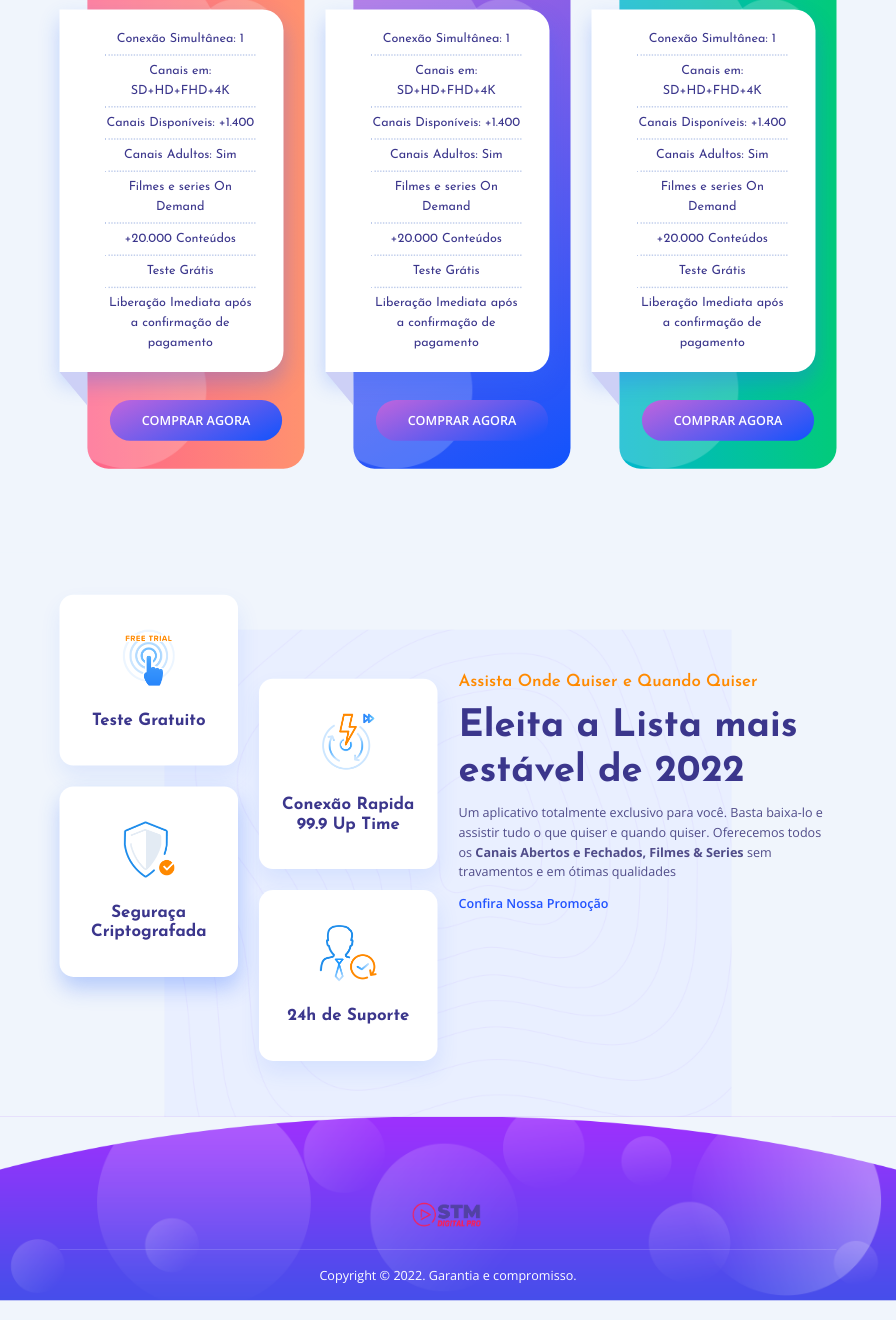
Repository: ontvplay/on
Page: stmdigitalpro.com/index11f1.html
These files come from the project's save history. The page is drawn as it stood at one moment and after the next save; the edit follows.
The browser window is 1280 px wide. The pictures show the part of the page from y = 1242 to 3162 px (the page is 3127 px tall before and 3162 px after), at 70% of full size.

Above is the page before, as saved 2022-10-31 17:30:55.
Console error: SyntaxError: Unexpected token '<'

### stmdigitalpro.com/index11f1.html
<!DOCTYPE html>
<html lang="pt-br">


<!-- Mirrored from stmdigitalpro.com/?gclid=CjwKCAjw5P2aBhAlEiwAAdY7dHFg6Q8GZTSVRuTQUSZjMLkOY-f0EL3_BmVK-qXmUvH7JYLV-5xFkBoC-UgQAvD_BwE by HTTrack Website Copier/3.x [XR&CO'2014], Mon, 31 Oct 2022 20:46:56 GMT -->
<head>
    <meta charset="UTF-8">
    <meta name="viewport" content="width=device-width, initial-scale=1.0">
    <meta http-equiv="X-UA-Compatible" content="ie=edge">

    <title>Os Melhores Canais Online</title>

    <link rel="stylesheet" href="assets/css/bootstrap.min.css">
    <link rel="stylesheet" href="assets/css/all.min.css">
    <link rel="stylesheet" href="assets/css/animate.css">
    <link rel="stylesheet" href="assets/css/nice-select.css">
    <link rel="stylesheet" href="assets/css/owl.min.css">
    <link rel="stylesheet" href="assets/css/jquery-ui.min.css">
    <link rel="stylesheet" href="assets/css/magnific-popup.css">
    <link rel="stylesheet" href="assets/css/flaticon.css">
    <link rel="stylesheet" href="assets/css/main.css">

    <link rel="shortcut icon" href="assets/images/favicon.png" type="image/x-icon">

    <!-- Global site tag (gtag.js) - Google Analytics -->
<script async src="https://www.googletagmanager.com/gtag/js?id=G-V7D9X19Y8C"></script>
<script>
  window.dataLayer = window.dataLayer || [];
  function gtag(){dataLayer.push(arguments);}
  gtag('js', new Date());

  gtag('config', 'G-V7D9X19Y8C');
</script>
<!-- Google Tag Manager -->
<script>(function(w,d,s,l,i){w[l]=w[l]||[];w[l].push({'gtm.start':
new Date().getTime(),event:'gtm.js'});var f=d.getElementsByTagName(s)[0],
j=d.createElement(s),dl=l!='dataLayer'?'&l='+l:'';j.async=true;j.src=
'../www.googletagmanager.com/gtm5445.html?id='+i+dl;f.parentNode.insertBefore(j,f);
})(window,document,'script','dataLayer','GTM-MDL67VZ');</script>
<!-- End Google Tag Manager -->
</head>

<body>
    <!-- Google Tag Manager (noscript) -->
<noscript><iframe src="https://www.googletagmanager.com/ns.html?id=GTM-MDL67VZ"
height="0" width="0" style="display:none;visibility:hidden"></iframe></noscript>
<!-- End Google Tag Manager (noscript) -->
    <!--============= Header Section Starts Here =============-->
    <header class="header-section header-cl-black">
        <div class="container">
            <div class="header-wrapper">
                <div class="logo">
                    <a href="#home">
                        <img class="imglogo"src="assets/images/logo/banner57.jpg" alt="logo">
                    </a>
                </div>
                <ul class="menu">
                    <li>
                        <a href="#home">Inicio</a>
                    </li>
                    <li>
                        <a href="https://api.whatsapp.com/send?phone=5595991384605&amp;text=Ola!" target="_blank">WhatsApp</a>
                    </li>
                    <li>
                        <a href="https://api.whatsapp.com/send?phone=5595991384605&amp;text=Ola!" target="_blank">Suporte</a>
                    </li>
                    <li>
                        <a href="#Planos">Planos</a>
                    </li>
                    <li>
                        <a href="#home">Promoção</a>
                    </li>
                </ul>
                <div class="header-bar d-lg-none">
                    <span></span>
                    <span></span>
                    <span></span>
                </div>
            </div>
        </div>
    </header>
    <!--============= Header Section Ends Here =============-->


   <!--============= Banner Section Starts Here =============-->
    <section class="banner-20 pos-rel oh bg_img" data-background="./assets/images/extra-2/banner/banner-bg-20.jpg" id="home" id="planospromocionais">
        <div class="container">
            <div class="row flex-wrap-reverse align-items-center justify-content-lg-between">
                <div class="col-lg-6">
                    <div class="banner-thumb-20 rtl text-left">
                        <img src="assets/images/extra-2/banner/banner-20.png" alt="extra-2/banner">
                        <a href="https://wa.me/5595991384605?text=Gostaria%20de%20Assinar%20a%20Promo%c3%a7%c3%a3o%20do%20Rei!" target="_blank" class="button-4 text-center">Contratar Agora</a>
                    </div>
                </div>
                <div class="col-lg-6 ">
                    <div class="banner-content-20 text-center">
                        <div class="banner-thumb-20 ">
                            <img src="assets/images/extra-2/banner/banner-21.png" alt="extra-2/banner">
                        </div>

                    </div>
                </div>
            </div>
        </div>
    </section>
    <!--============= Banner Section Ends Here =============-->
    <!--============= Pricing Section Starts Here =============-->
    <section class="pricing-section-20 body--bg position-relative padding-bottom padding-top" id="Planos">
        <div class="container">
            <div class="section-header">
                <h5 class="cate">Um dos mehores servidores online!</h5>
                <h4 class="title">Confira Agora Nossos Planos</h4>
                <p>
                    Escolha o período que cabe no seu bolso, clique no botão e você escolherá o melhor meio de pagamento !
                </p>
            </div>
            <div class="tab">
                <div class="tab-area">
                    <div class="tab-item active">
                        <div class="row mb-30-none justify-content-center">
                            <div class="col-lg-4 col-md-6 col-sm-10">
                                <div class="pricing-item-20">
                                    <div class="pricing-header">
                                        <span class="name">30 DIAS</span>
                                        <h3 class="price"><sup>R$</sup><s>36,00</s><br>30,00</br></h3>
                                    </div>
                                    <div class="pricing-body">
                                        <ul>
                                            <li>
                                                Conexão Simultânea: 1
                                            </li>
                                            <li>
                                                Canais em: SD+HD+FHD+4K
                                            </li>
                                            <li>
                                                Canais Disponíveis: +1.400
                                            </li>
                                            <li>
                                                Canais Adultos: Sim
                                            </li>
                                            <li>
                                                Filmes e series On Demand
                                            </li>
                                            <li>
                                                +20.000 Conteúdos
                                            </li>
                                            <li>
                                                Teste Grátis
                                            </li>
                                            <li>
                                                Liberação Imediata após a confirmação de pagamento
                                            </li>

                                        </ul>
                                    </div>
                                    <div class="pricing-footer text-center">
                                        <a href="https://api.whatsapp.com/send?phone=5595991384605&amp;text=Ol%c3%a1%20Gostaria%20de%20assinar%20meu%20plano!" target="_blank" class="button-4">COMPRAR AGORA</a>
                                    </div>
                                </div>
                            </div>
                            <div class="col-lg-4 col-md-6 col-sm-10">
                                <div class="pricing-item-20">
                                    <div class="pricing-header">
                                        <span class="name">90 DIAS</span>
                                        <h3 class="price"><sup>R$</sup><s>96,00</s><br>80,00</br></h3>
                                    </div>
                                    <div class="pricing-body">
                                        <ul>
                                            <li>
                                                Conexão Simultânea: 1
                                            </li>
                                            <li>
                                                Canais em: SD+HD+FHD+4K
                                            </li>
                                            <li>
                                                Canais Disponíveis: +1.400
                                            </li>
                                            <li>
                                                Canais Adultos: Sim
                                            </li>
                                            <li>
                                                Filmes e series On Demand
                                            </li>
                                            <li>
                                                +20.000 Conteúdos
                                            </li>
                                            <li>
                                                Teste Grátis
                                            </li>
                                            <li>
                                                Liberação Imediata após a confirmação de pagamento
                                            </li>

                                        </ul>
                                    </div>
                                    <div class="pricing-footer text-center">
                                        <a href="https://api.whatsapp.com/send?phone=5595991384605&amp;text=Ol%c3%a1%20Gostaria%20de%20assinar%20meu%20plano!" target="_blank" class="button-4">COMPRAR AGORA</a>
                                    </div>
                                </div>
                            </div>
                            <div class="col-lg-4 col-md-6 col-sm-10">
                                <div class="pricing-item-20">
                                    <div class="pricing-header">
                                        <span class="name">180 DIAS</span>
                                        <h3 class="price"><sup>R$</sup><s>180,00</s><br>150,00</br></h3>
                                    </div>
                                    <div class="pricing-body">
                                        <ul>
                                            <li>
                                                Conexão Simultânea: 1
                                            </li>
                                            <li>
                                                Canais em: SD+HD+FHD+4K
                                            </li>
                                            <li>
                                                Canais Disponíveis: +1.400
                                            </li>
                                            <li>
                                                Canais Adultos: Sim
                                            </li>
                                            <li>
                                                Filmes e series On Demand
                                            </li>
                                            <li>
                                                +20.000 Conteúdos
                                            </li>
                                            <li>
                                                Teste Grátis
                                            </li>
                                            <li>
                                                Liberação Imediata após a confirmação de pagamento
                                            </li>

                                        </ul>
                                    </div>
                                    <div class="pricing-footer text-center">
                                        <a href="https://api.whatsapp.com/send?phone=5595991384605&amp;text=Ol%c3%a1%20Gostaria%20de%20assinar%20meu%20plano!" target="_blank" class="button-4">COMPRAR AGORA</a>
                                    </div>
                                </div>
                            </div>
                        </div>
                    </div>
                </div>
            </div>
        </div>
    </section>
    <!--============= Pricing Section Ends Here =============-->
    <!--============= Feature Section Starts Here =============-->
    <section class="feature-section padding-top-2 padding-bottom-2">
        <div class="container">
            <div class="feature--wrapper-17">
                <div class="row align-items-center flex-wrap-reverse position-relative">
                    <div class="col-lg-6">
                        <div class="row mb-30-none">
                            <div class="col-md-6">
                                <div class="am-item">
                                    <div class="am-thumb">
                                        <img src="assets/images/feature/am-fea1.png" alt="feature">
                                    </div>
                                    <div class="am-content">
                                        <h5 class="title">Teste Gratuito</h5>
                                    </div>
                                </div>
                                <div class="am-item active">
                                    <div class="am-thumb">
                                        <img src="assets/images/feature/am-fea2.png" alt="feature">
                                    </div>
                                    <div class="am-content">
                                        <h5 class="title">Seguraça Criptografada</h5>
                                    </div>
                                </div>
                            </div>
                            <div class="col-md-6 mt-md-120">
                                <div class="am-item">
                                    <div class="am-thumb">
                                        <img src="assets/images/feature/am-fea3.png" alt="feature">
                                    </div>
                                    <div class="am-content">
                                        <h5 class="title">Conexão Rapida 99.9 Up Time</h5>
                                    </div>
                                </div>
                                <div class="am-item">
                                    <div class="am-thumb">
                                        <img src="assets/images/feature/am-fea4.png" alt="feature">
                                    </div>
                                    <div class="am-content">
                                        <h5 class="title">24h de Suporte</h5>
                                    </div>
                                </div>
                            </div>
                        </div>
                    </div>
                    <div class="col-lg-6">
                        <div class="section-header left-style mb-lg-0">
                            <h5 class="cate">Assista Onde Quiser e Quando Quiser</h5>
                            <h2 class="title">Eleita a Lista mais estável de 2022</h2>
                            <p>
                            Um aplicativo totalmente exclusivo para você. Basta baixa-lo e assistir tudo o que quiser e quando quiser. Oferecemos todos os <b>Canais Abertos e Fechados, Filmes & Series</b> sem travamentos e em ótimas qualidades
                            </p>
                            <a href="#home" class="hightlight-link">Confira Nossa Promoção <i class="flaticon-right"></i></a>
                        </div>
                    </div>
                </div>
            </div>
        </div>
    </section>
    <!--============= Feature Section Ends Here =============-->

    <!--============= Pricing Section Starts Here =============-->

    <!--============= Pricing Section Ends Here =============-->


    <!--============= Footer Section Starts Here =============-->
    <footer class="footer-section bg_img" data-background="assets/images/extra-2/footer/footer-bg.png">
        <div class="container">
            <div class="footer-top padding-top padding-bottom">
                <div class="logo">
                    <a href="#0">
                        <img src="assets/images/logo/logo2.png" alt="logo">
                    </a>
                </div>
            </div>

            <div class="copyright light-border">
                <p>
                    Copyright © 2022. Garantia e compromisso.
                </p>
            </div>
        </div>
    </footer>

<style>
    .whatsapp {
    position: fixed;
    top: 82%;
    right: 0%;
    padding: 10px;
    z-index: 10000000;
}
</style>
<div>
    <a href="https://api.whatsapp.com/send?phone=5595991384605&amp;text=Ol%C3%A1%20Gostaria%20de%20assinar%20meu%20plano!" target="_blank">
       <img class="whatsapp" src="../images.tcdn.com.br/static_inst/integracao/imagens/whatsapp.png">
    </a>
</div>

    <!--============= Footer Section Ends Here =============-->



    <script src="assets/js/jquery-3.3.1.min.js"></script>
    <script src="assets/js/modernizr-3.6.0.min.js"></script>
    <script src="assets/js/plugins.js"></script>
    <script src="assets/js/bootstrap.min.js"></script>
    <script src="assets/js/magnific-popup.min.js"></script>
    <script src="assets/js/jquery-ui.min.js"></script>
    <script src="assets/js/wow.min.js"></script>
    <script src="assets/js/waypoints.js"></script>
    <script src="assets/js/nice-select.js"></script>
    <script src="assets/js/owl.min.js"></script>
    <script src="assets/js/counterup.min.js"></script>
    <script src="assets/js/paroller.js"></script>
    <script src="assets/js/main.js"></script>
</body>


<!-- Mirrored from stmdigitalpro.com/?gclid=CjwKCAjw5P2aBhAlEiwAAdY7dHFg6Q8GZTSVRuTQUSZjMLkOY-f0EL3_BmVK-qXmUvH7JYLV-5xFkBoC-UgQAvD_BwE by HTTrack Website Copier/3.x [XR&CO'2014], Mon, 31 Oct 2022 20:47:14 GMT -->
</html>

### stmdigitalpro.com/assets/js/plugins.js
// Avoid `console` errors in browsers that lack a console.
(function() {
  var method;
  var noop = function () {};
  var methods = [
    'assert', 'clear', 'count', 'debug', 'dir', 'dirxml', 'error',
    'exception', 'group', 'groupCollapsed', 'groupEnd', 'info', 'log',
    'markTimeline', 'profile', 'profileEnd', 'table', 'time', 'timeEnd',
    'timeline', 'timelineEnd', 'timeStamp', 'trace', 'warn'
  ];
  var length = methods.length;
  var console = (window.console = window.console || {});

  while (length--) {
    method = methods[length];

    // Only stub undefined methods.
    if (!console[method]) {
      console[method] = noop;
    }
  }
}());

// Place any jQuery/helper plugins in here.

### www.googletagmanager.com/gtm5445.html
<!DOCTYPE html>
<html lang=en>
  <meta charset=utf-8>
  <meta name=viewport content="initial-scale=1, minimum-scale=1, width=device-width">
  <title>Error 400 (Bad Request)!!1</title>
  <style>
    *{margin:0;padding:0}html,code{font:15px/22px arial,sans-serif}html{background:#fff;color:#222;padding:15px}body{margin:7% auto 0;max-width:390px;min-height:180px;padding:30px 0 15px}* > body{background:url(//www.google.com/images/errors/robot.png) 100% 5px no-repeat;padding-right:205px}p{margin:11px 0 22px;overflow:hidden}ins{color:#777;text-decoration:none}a img{border:0}@media screen and (max-width:772px){body{background:none;margin-top:0;max-width:none;padding-right:0}}#logo{background:url(//www.google.com/images/branding/googlelogo/1x/googlelogo_color_150x54dp.png) no-repeat;margin-left:-5px}@media only screen and (min-resolution:192dpi){#logo{background:url(//www.google.com/images/branding/googlelogo/2x/googlelogo_color_150x54dp.png) no-repeat 0% 0%/100% 100%;-moz-border-image:url(//www.google.com/images/branding/googlelogo/2x/googlelogo_color_150x54dp.png) 0}}@media only screen and (-webkit-min-device-pixel-ratio:2){#logo{background:url(//www.google.com/images/branding/googlelogo/2x/googlelogo_color_150x54dp.png) no-repeat;-webkit-background-size:100% 100%}}#logo{display:inline-block;height:54px;width:150px}
  </style>
  <a href=//www.google.com/><span id=logo aria-label=Google></span></a>
  <p><b>400.</b> <ins>That’s an error.</ins>
  <p>Your client has issued a malformed or illegal request.  <ins>That’s all we know.</ins>

Loaded but not shown: stmdigitalpro.com/assets/css/bootstrap.min.css (library); stmdigitalpro.com/assets/css/all.min.css (library); stmdigitalpro.com/assets/css/animate.css (library); stmdigitalpro.com/assets/css/nice-select.css (common file); stmdigitalpro.com/assets/css/owl.min.css (library); stmdigitalpro.com/assets/css/jquery-ui.min.css (library); stmdigitalpro.com/assets/css/magnific-popup.css (library); stmdigitalpro.com/assets/css/main.css (library); stmdigitalpro.com/assets/js/jquery-3.3.1.min.js (library); stmdigitalpro.com/assets/js/modernizr-3.6.0.min.js (library); stmdigitalpro.com/assets/js/bootstrap.min.js (library); stmdigitalpro.com/assets/js/magnific-popup.min.js (library); stmdigitalpro.com/assets/js/jquery-ui.min.js (library); stmdigitalpro.com/assets/js/wow.min.js (library); stmdigitalpro.com/assets/js/waypoints.js (library); stmdigitalpro.com/assets/js/nice-select.js (common file); stmdigitalpro.com/assets/js/owl.min.js (library); stmdigitalpro.com/assets/js/counterup.min.js (common file); stmdigitalpro.com/assets/js/main.js (732 lines, source omitted); stmdigitalpro.com/assets/js/paroller.js (124 lines, source omitted)

After the next save:
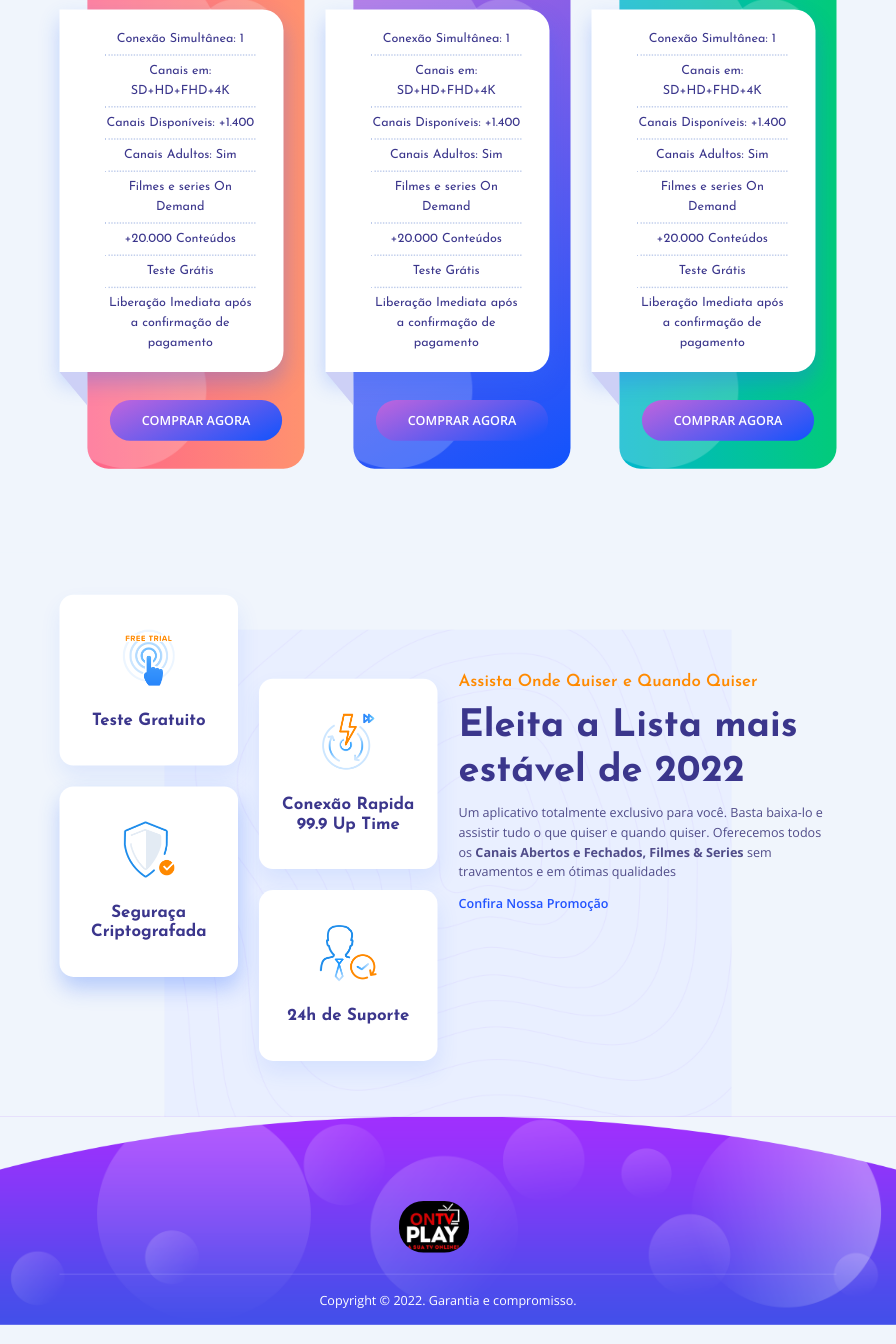
Saved 10 s later.
--- a/stmdigitalpro.com/index11f1.html
+++ b/stmdigitalpro.com/index11f1.html
@@ -317,7 +317,7 @@ height="0" width="0" style="display:none;visibility:hidden"></iframe></noscript>
             <div class="footer-top padding-top padding-bottom">
                 <div class="logo">
                     <a href="#0">
-                        <img src="assets/images/logo/logo2.png" alt="logo">
+                        <img class="imglogo"src="assets/images/logo/banner57.jpg" alt="logo">
                     </a>
                 </div>
             </div>
